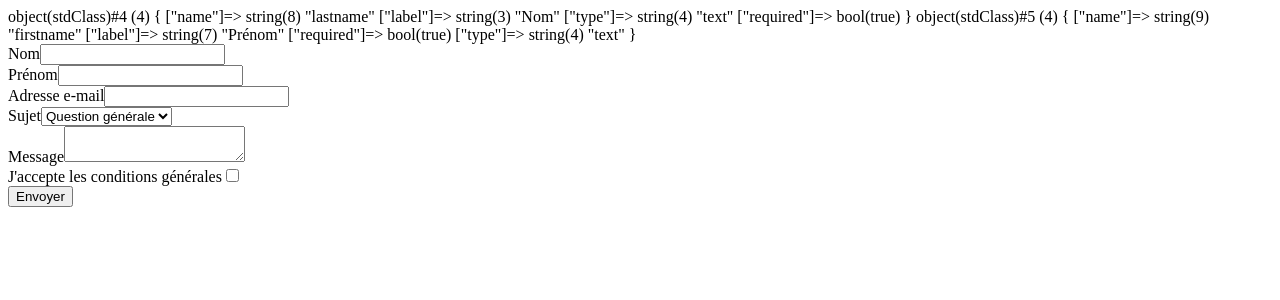
Repository: ryan-1337/php_form
Page: http://localhost/formManager/public/index.php
These files come from the project's save history. The page is drawn as it stood at one moment and after the next save; the edit follows.
The browser window is 1280 px wide. The pictures show the whole page.
The page is run by PHP 8.4 with error messages shown; the project is at /var/www/html/.

Above is the page before, as saved 2022-06-27 22:27:44.

### formManager/public/index.php
<?php
require_once '../src/Util/Autoloader.php';

use App\FormGenerator;
use App\Util\Autoloader;

Autoloader::register();

$generator = FormGenerator::get();
$formView = $generator->build('contact');

echo $formView;

### formManager/src/Util/Autoloader.php
<?php
namespace App\Util;

class Autoloader
{
    public static function register()
    {
        spl_autoload_register('self::load');
    }

    public static function load($class)
    {
        $classpath = sprintf('../%s.php', $class);
        $classpath = str_replace('App', 'src', $classpath);
        $classpath = str_replace('\\', '/', $classpath);
        require_once $classpath;
    }
}

### formManager/src/FormGenerator.php
<?php
namespace App;

use App\Loader\ConfigurationLoader;
use App\Type\TypeInterface;
use App\Util\AbstractService;
use Exception;

final class FormGenerator extends AbstractService
{
    private ConfigurationLoader $configurationLoader;

    protected function __construct()
    {
        parent::__construct();
        $this->configurationLoader = ConfigurationLoader::get();
    }

    public function build(string $type): string
    {
        $config = $this->configurationLoader->load($type);
        return $this->buildView($config);
    }

    private function buildView(object $config): string
    {
        $template = '<form>';

        foreach ($config->form->fields as $field) {
            $template .= $this->buildFieldView($field);
        }

        $template .= '</form>';
        return $template;
    }

    private function buildFieldView(object $field): string
    {
        $template = '<div>';

        if(isset($field->label)){
            $template .= '<label for="'.$field->name.'">'.$field->label.'</label>';
        }

        $className = sprintf('App\Type\%sType', ucfirst($field->type));
        if(!class_exists($className)){
            throw new Exception(sprintf("Field type '%s' doesn't exist", $field->type));
        }

        $type = new $className();
        if(!$type instanceof TypeInterface){
            throw new Exception(sprintf("Field type '%s' doesn't implement TypeInterface", $field->type));
        }

        $template .= $type->build($field);

        $template .= '</div>';

        return $template;
    }
}

### formManager/src/Util/AbstractService.php
<?php
namespace App\Util;

abstract class AbstractService
{
    protected static ?self $_instance = null;

    protected function __construct(){}

    public static function get()
    {
        if(!self::$_instance){
            $class = get_called_class();
            self::$_instance = new $class;
        }

        return self::$_instance;
    }
}

### formManager/src/Loader/ConfigurationLoader.php
<?php
namespace App\Loader;

use App\Util\AbstractService;
use Exception;
use stdClass;

class ConfigurationLoader extends AbstractService
{
    const CONFIG_FORMAT = [
        'json' => JsonLoader::class,
        'xml' => XmlLoader::class,
        'yml' => YamlLoader::class,
    ];

    public function load(string $configName): object
    {
        $loader = $this->determineFormat($configName);
        $path = sprintf('../config/form/%s.%s', $configName, $loader::getExtension());
        return $loader::load($path);
    }

    private function determineFormat(string $configName)
    {
        foreach(self::CONFIG_FORMAT as $format => $loader){
            $path = sprintf('../config/form/%s.%s', $configName, $format);
            if(file_exists($path)){
                return $loader;
            }
        }

        throw new Exception("Configuration not found");
    }
}

### formManager/src/Loader/JsonLoader.php
<?php
namespace App\Loader;

use stdClass;

class JsonLoader implements LoaderInterface
{
    public static function load(string $path): object
    {
        $raw = file_get_contents($path);
        return json_decode($raw);
    }

    public static function getExtension(): string
    {
        return 'json';
    }
}

### formManager/src/Loader/LoaderInterface.php
<?php
namespace App\Loader;

use stdClass;

interface LoaderInterface
{
    public static function load(string $path): object;
    public static function getExtension(): string;
}

### formManager/config/form/contact.json
{
  "form": {
    "name": "contact",
    "fields": [
      {
        "name": "lastname",
        "label": "Nom",
        "type": "text",
        "required": true
      },
      {
        "name": "firstname",
        "label": "Prénom",
        "required": true,
        "type": "text"
      },
      {
        "name": "email",
        "label": "Adresse e-mail",
        "required": true,
        "type": "email"
      },
      {
        "name": "subject",
        "label": "Sujet",
        "type": "select",
        "values": [
          {
            "text": "Question générale",
            "value": "question"
          },
          {
            "text": "Réclamation",
            "value": "claim"
          },
          {
            "text": "Autre",
            "value": "other"
          }
        ]
      },
      {
        "name": "message",
        "label": "Message",
        "type": "textarea",
        "size": "50"
      },
      {
        "name": "cgu",
        "label": "J'accepte les conditions générales",
        "type": "checkbox"
      },
      {
        "name": "submit",
        "type": "submit",
        "text": "Envoyer"
      }
    ]
  }
}

### formManager/src/Type/TextType.php
<?php
namespace App\Type;

class TextType implements TypeInterface
{
    public function build(object $field): string
    {
        var_dump($field);
        return '<input type="text" id="'.$field->name.'" name="'.$field->name.'" required="'.$field->required.'">';
    }
}

### formManager/src/Type/TypeInterface.php
<?php
namespace App\Type;

interface TypeInterface
{
    public function build(object $field): string;
}

### formManager/src/Type/EmailType.php
<?php
namespace App\Type;

class EmailType implements TypeInterface
{
    public function build(object $field): string
    {
        return '<input type="email" id="'.$field->name.'" name="'.$field->name.'">';
    }
}

### formManager/src/Type/SelectType.php
<?php
namespace App\Type;

class SelectType implements TypeInterface
{
    public function build(object $field): string
    {
        $template = '<select name="'.$field->name.'" id="'.$field->name.'">';

        foreach ($field->values as $value) {
            $template .= '<option value="'.$value->value.'">'.$value->text.'</option>';
        }

        $template .= '</select>';

        return $template;
    }
}

### formManager/src/Type/TextareaType.php
<?php
namespace App\Type;

class TextareaType implements TypeInterface
{
    public function build(object $field): string
    {
        return '<textarea name="'.$field->name.'" id="'.$field->name.'"></textarea>';
    }
}

### formManager/src/Type/CheckboxType.php
<?php
namespace App\Type;

class CheckboxType implements TypeInterface
{
    public function build(object $field): string
    {
        return '<input type="checkbox" name="'.$field->name.'" id="'.$field->name.'">';
    }
}

### formManager/src/Type/SubmitType.php
<?php
namespace App\Type;

class SubmitType implements TypeInterface
{
    public function build(object $field): string
    {
        return '<button type="submit">'.$field->text.'</button>';
    }
}

After the next save:
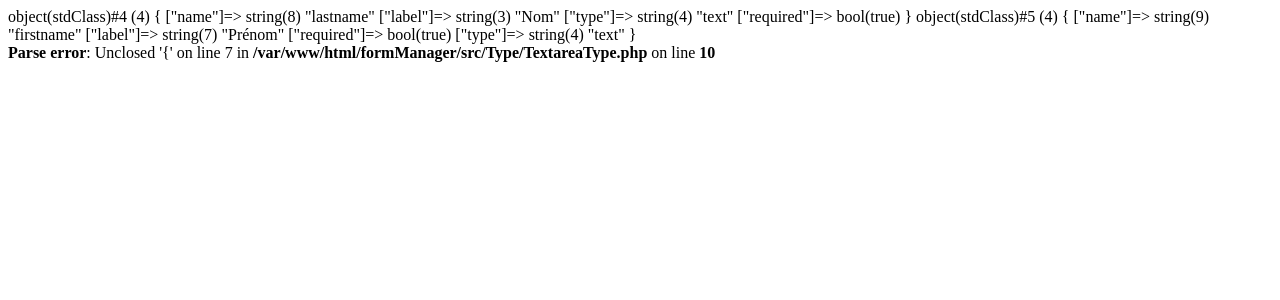
Saved 2 min 42 s later.
--- a/formManager/src/Type/TextareaType.php
+++ b/formManager/src/Type/TextareaType.php
@@ -5,6 +5,6 @@ class TextareaType implements TypeInterface
 {
     public function build(object $field): string
     {
-        return '<textarea name="'.$field->name.'" id="'.$field->name.'"></textarea>';
+        return '<textarea name="'.$field->name.'" id="'.$field->name.'" maxlength="'.$field->size."'></textarea>';
     }
 }
